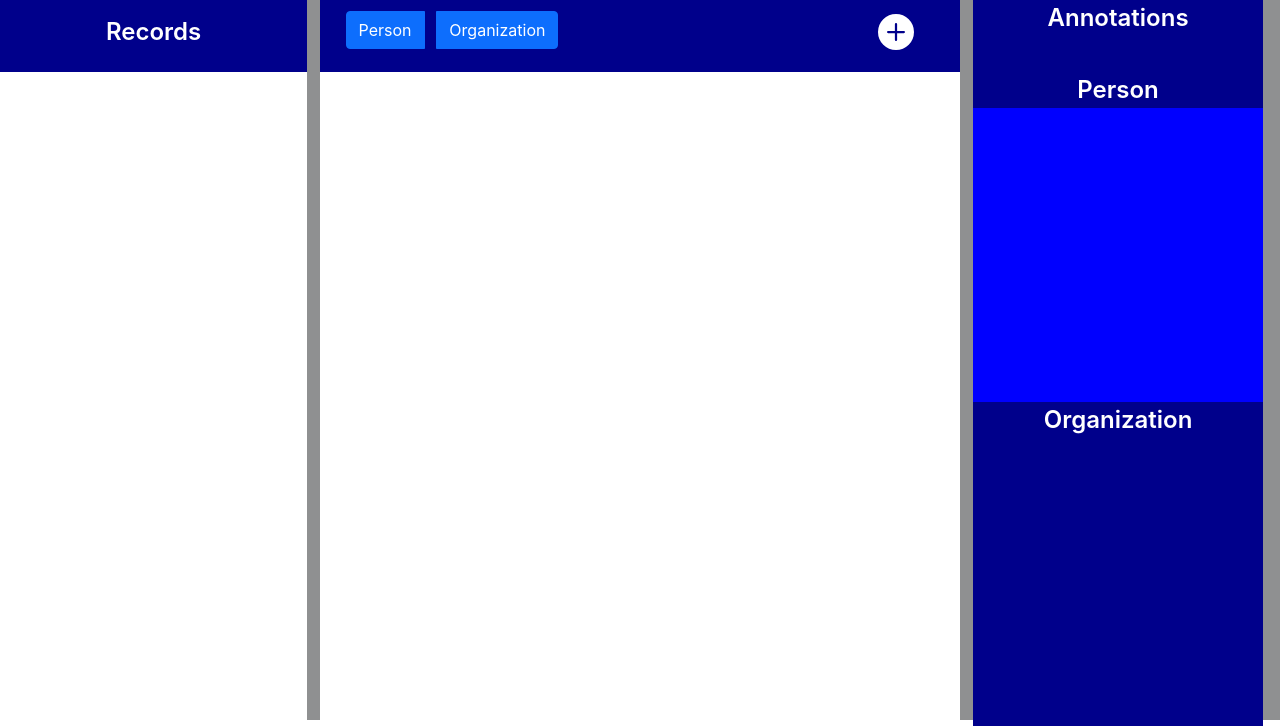
Repository: napan24/classforma_assignment
Page: / (app in client/)
These files come from the project's save history. The page is drawn as it stood at one moment and after the next save; the edit follows.
The browser window is 1280 px wide. The pictures show the whole page.
The project was rebuilt for these pictures with package versions that can differ from the ones it lists, and the page was loaded fresh each time. Also part of the build but not shown: client/src/App.css.

Above is the page before, as saved 2022-07-20 15:43:12.

### client/public/index.html
<!DOCTYPE html>
<html lang="en">
  <head>
    <meta charset="utf-8" />
    <link rel="icon" href="%PUBLIC_URL%/favicon.ico" />
    <meta name="viewport" content="width=device-width, initial-scale=1" />
    <meta name="theme-color" content="#000000" />
    <meta
      name="description"
      content="Web site created using create-react-app"
    />
    <link href="https://cdn.jsdelivr.net/npm/bootstrap@5.1.3/dist/css/bootstrap.min.css" rel="stylesheet" integrity="sha384-1BmE4kWBq78iYhFldvKuhfTAU6auU8tT94WrHftjDbrCEXSU1oBoqyl2QvZ6jIW3" crossorigin="anonymous">
    <link rel="apple-touch-icon" href="%PUBLIC_URL%/logo192.png" />
    <!--
      manifest.json provides metadata used when your web app is installed on a
      user's mobile device or desktop. See https://developers.google.com/web/fundamentals/web-app-manifest/
    -->
    <link rel="manifest" href="%PUBLIC_URL%/manifest.json" />
    <!--
      Notice the use of %PUBLIC_URL% in the tags above.
      It will be replaced with the URL of the `public` folder during the build.
      Only files inside the `public` folder can be referenced from the HTML.

      Unlike "/favicon.ico" or "favicon.ico", "%PUBLIC_URL%/favicon.ico" will
      work correctly both with client-side routing and a non-root public URL.
      Learn how to configure a non-root public URL by running `npm run build`.
    -->
    <title>React App</title>
  </head>
  <body>
    <noscript>You need to enable JavaScript to run this app.</noscript>
    <div id="root"></div>
    <!--
      This HTML file is a template.
      If you open it directly in the browser, you will see an empty page.

      You can add webfonts, meta tags, or analytics to this file.
      The build step will place the bundled scripts into the <body> tag.

      To begin the development, run `npm start` or `yarn start`.
      To create a production bundle, use `npm run build` or `yarn build`.
    -->
    <script src="https://cdn.jsdelivr.net/npm/bootstrap@5.1.3/dist/js/bootstrap.bundle.min.js" integrity="sha384-ka7Sk0Gln4gmtz2MlQnikT1wXgYsOg+OMhuP+IlRH9sENBO0LRn5q+8nbTov4+1p" crossorigin="anonymous"></script>
  </body>
</html>

### client/src/App.js
import logo from './logo.svg';
import './App.css';
import Home from './Home';

function App() {
  return (
    <>
      <Home></Home>
    </>
  );
}

export default App;

### client/src/Home.js
'strict origin'
import React, { useState, useEffect } from 'react'
const Home = () => {
    const [textField, setTextField] = useState();
    const [person, setPerson] = useState();
    const [place, setPlace] = useState();
    const [personName, setPersonName] = useState(['']);
    const [placeName, setPlaceName] = useState(['']);
    useEffect(() => {
        if (textField) {
            trending();
        }
    }, [textField])
    const trending = async () => {
        const res = await fetch("/", {
            method: 'POST',
            headers: {
                "Content-Type": "application/json"
            },
            body: JSON.stringify({ textField })
        });
        const result = await res.json();
        setPerson(result.filter((arr) => arr.type == 'Person'));
        setPlace(result.filter((arr) => arr.type == 'Place'));
    };
    useEffect(() => {
        if (person) {
            person.forEach(function (arrayItem) {
                setPersonName(curr => [...curr, arrayItem.entityId]);
            });
        }
    }, [person])
    useEffect(() => {
        setPlaceName(['']);
        if (place) {
            place.forEach(function (arrayItem) {
                setPlaceName(curr => [...curr, arrayItem.entityId]);
            });
        }
    }, [place])
    const showFile = async (e) => {
        e.preventDefault()
        const reader = new FileReader()
        reader.onload = async (e) => {
            const text = (e.target.result)
            setTextField(text);
        };
        reader.readAsText(e.target.files[0])
    }
    return (
        <>
            <div style={{ display: 'flex', width: "100vw", height: "100vh", backgroundColor: "#8f9091" }}>
                <div style={{ width: "24vw", height: "100vh", backgroundColor: "white", marginRight: "1vw" }}>
                    <div style={{ width: "24vw", height: "10vh", backgroundColor: "#00008b", textAlign: 'center', fontSize: '150%', color: "white", fontWeight: "600", position: "fixed" }}>
                        <p style={{ marginTop: "2vh" }}>
                            Records
                        </p>
                    </div>
                    <div>

                    </div>
                </div>
                <div style={{ width: "50vw", height: "100vh", backgroundColor: "white", marginRight: "1vw", overflowY: "unset" }}>
                    <div style={{ width: "50vw", height: "10vh", backgroundColor: "#00008b", position: 'relative', overflowY: 'hidden' }}>
                        <div class="btn-group" style={{ marginTop: "1.5vh", marginLeft: "2vw" }}>
                            <button type="button" class="btn btn-primary" style={{ marginRight: "1vw" }}>Person</button>
                            <button type="button" class="btn btn-primary">Organization</button>
                        </div>
                        <label for="file">
                            <svg style={{ width: "20%", height: "50%", position: "absolute", right: "0", top: "2vh", color: "white" }} xmlns="http://www.w3.org/2000/svg" fill="currentColor" class="bi bi-plus-circle-fill" viewBox="0 0 16 16">
                                <path d="M16 8A8 8 0 1 1 0 8a8 8 0 0 1 16 0zM8.5 4.5a.5.5 0 0 0-1 0v3h-3a.5.5 0 0 0 0 1h3v3a.5.5 0 0 0 1 0v-3h3a.5.5 0 0 0 0-1h-3v-3z" />
                            </svg>
                        </label>
                        <input type="file" id="file" onChange={(e) => showFile(e)} style={{ display: "none" }} />
                    </div>
                    <div style={{ width: "48vw", height: "85vh", marginLeft: "2vw", marginTop: "5vh", overflowY: "scroll" }}>
                        {textField}
                    </div>
                </div>
                <div style={{ width: "22.7vw", height: "100vh", backgroundColor: "blue" }}>
                    <div style={{ width: "22.7vw", height: "10vh", backgroundColor: "#00008b", textAlign: 'center', fontSize: '150%', color: "white", fontWeight: "600" }}>
                        <p>
                            Annotations
                        </p>
                    </div>
                    <div style={{ width: "22.7vw", height: "5vh", backgroundColor: "#00008b", textAlign: 'center', fontSize: '150%', color: "white", fontWeight: "600" }}>
                        <p>
                            Person
                        </p>
                    </div>
                    <div style={{ display:'inline-block',maxWidth: "22.7vw", height: "40vh", backgroundColor: "#00008b", textAlign: 'center', fontSize: '150%', color: "white", fontWeight: "600", zIndex: "2", overflowY: "scroll", overflowX: "hidden" }}>
                        {personName && personName.map((user) => (
                            user.length > 0 && <div style={{ width: "22.7vw", backgroundColor: "black", color: "white", height: "3vh", fontSize: "2vh", position: 'relative', borderBottom: '1px solid white' }}>
                                {user}
                                <svg xmlns="http://www.w3.org/2000/svg" style={{ width: "3.5vw", height: "3.5vh", position: 'absolute', right: "0" }} fill="currentColor" class="bi bi-x" viewBox="0 0 16 16">
                                    <path d="M4.646 4.646a.5.5 0 0 1 .708 0L8 7.293l2.646-2.647a.5.5 0 0 1 .708.708L8.707 8l2.647 2.646a.5.5 0 0 1-.708.708L8 8.707l-2.646 2.647a.5.5 0 0 1-.708-.708L7.293 8 4.646 5.354a.5.5 0 0 1 0-.708z" />
                                </svg>
                            </div>
                        ))}
                    </div>
                    <div style={{ width: "22.7vw", height: "5vh", backgroundColor: "#00008b", textAlign: 'center', fontSize: '150%', color: "white", fontWeight: "600" }}>
                        <p>
                            Organization
                        </p>
                    </div>
                    <div style={{ width: "22.7vw", height: "40vh", backgroundColor: "#00008b", textAlign: 'center', fontSize: '150%', color: "white", fontWeight: "600", overflowY: "scroll" }}>
                        {placeName && placeName.map((user) => (
                            user.length > 0 && <div style={{ width: "22.7vw", backgroundColor: "black", color: "white", height: "3vh", fontSize: "2vh", borderBottom: '1px solid white', overflowX: "hidden" }}>
                                {user}
                                <svg xmlns="http://www.w3.org/2000/svg" style={{ width: "3.5vw", height: "3.5vh", position: 'absolute', right: "0" }} fill="currentColor" class="bi bi-x" viewBox="0 0 16 16">
                                    <path d="M4.646 4.646a.5.5 0 0 1 .708 0L8 7.293l2.646-2.647a.5.5 0 0 1 .708.708L8.707 8l2.647 2.646a.5.5 0 0 1-.708.708L8 8.707l-2.646 2.647a.5.5 0 0 1-.708-.708L7.293 8 4.646 5.354a.5.5 0 0 1 0-.708z" />
                                </svg>
                            </div>
                        ))}
                    </div>
                </div>
            </div>
        </>
    )
}

export default Home

Loaded but not shown: client/src/index.js (common file); client/src/index.css (common file); client/src/reportWebVitals.js (common file)

After the next save:
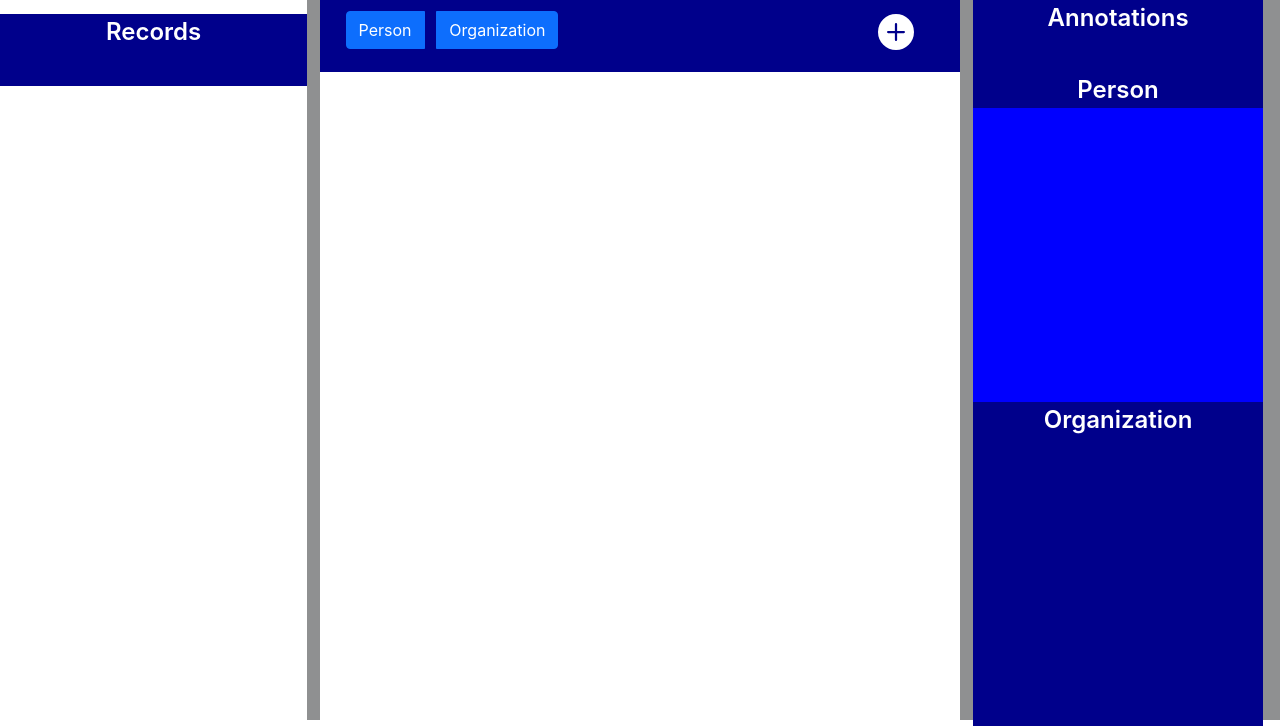
Saved 32 s later.
--- a/client/src/Home.js
+++ b/client/src/Home.js
@@ -51,7 +51,7 @@ const Home = () => {
         <>
             <div style={{ display: 'flex', width: "100vw", height: "100vh", backgroundColor: "#8f9091" }}>
                 <div style={{ width: "24vw", height: "100vh", backgroundColor: "white", marginRight: "1vw" }}>
-                    <div style={{ width: "24vw", height: "10vh", backgroundColor: "#00008b", textAlign: 'center', fontSize: '150%', color: "white", fontWeight: "600", position: "fixed" }}>
+                    <div style={{ width: "24vw", height: "10vh", backgroundColor: "#00008b", textAlign: 'center', fontSize: '150%', color: "white", fontWeight: "600"}}>
                         <p style={{ marginTop: "2vh" }}>
                             Records
                         </p>

After the save that followed:
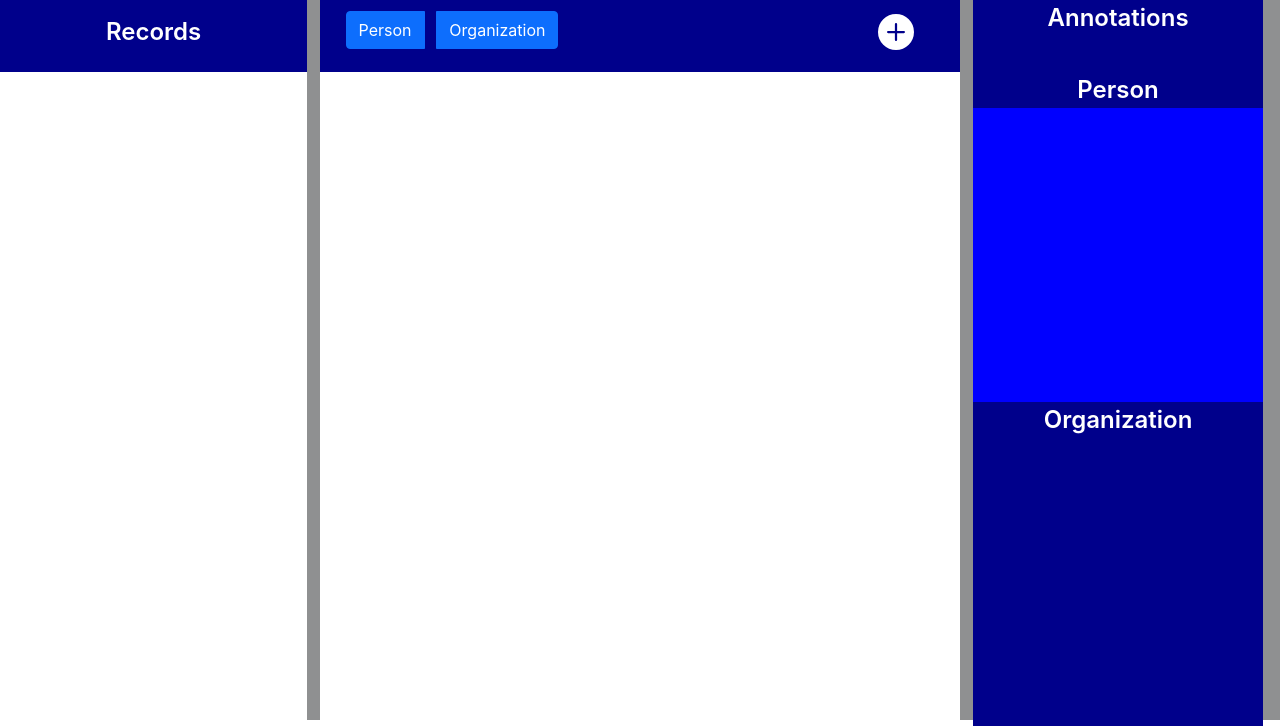
Saved 25 s later.
--- a/client/src/Home.js
+++ b/client/src/Home.js
@@ -51,7 +51,7 @@ const Home = () => {
         <>
             <div style={{ display: 'flex', width: "100vw", height: "100vh", backgroundColor: "#8f9091" }}>
                 <div style={{ width: "24vw", height: "100vh", backgroundColor: "white", marginRight: "1vw" }}>
-                    <div style={{ width: "24vw", height: "10vh", backgroundColor: "#00008b", textAlign: 'center', fontSize: '150%', color: "white", fontWeight: "600"}}>
+                    <div style={{ width: "24vw", height: "10vh", backgroundColor: "#00008b", textAlign: 'center', fontSize: '150%', color: "white", fontWeight: "600", position: "fixed" }}>
                         <p style={{ marginTop: "2vh" }}>
                             Records
                         </p>
